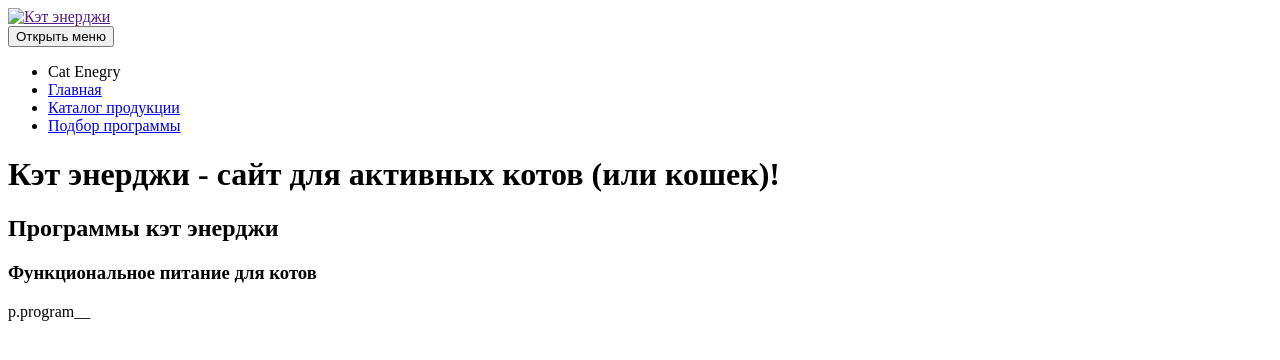
Repository: infernotw/1054987-cat-energy-17
Page: source/index.html
An editor plug-in stored every save of this project. The page is shown before and after the next save, followed by the edit.
The browser window is 1280 px wide. The pictures show the whole page.

Above is the page before, as saved 2019-07-17 03:58:30.

After the next save:
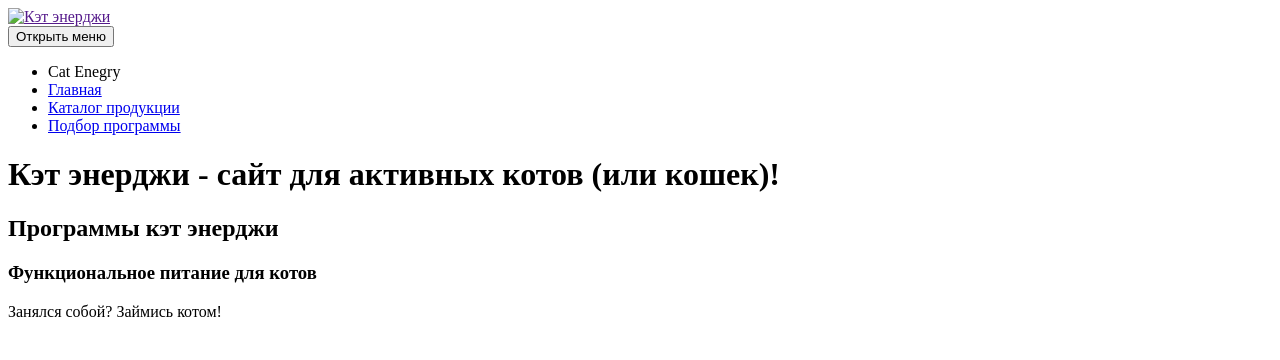
Saved 18 s later.
--- a/source/index.html
+++ b/source/index.html
@@ -39,7 +39,7 @@
       <header class="program__header">
         <h2 class="visually-hidden">Программы кэт энерджи</h2>
         <h3 class="program__about">Функциональное питание для котов</h3>
-        p.program__
+        <p class="program__info">Занялся собой? Займись котом!</p>
       </header>
 
     </section>
